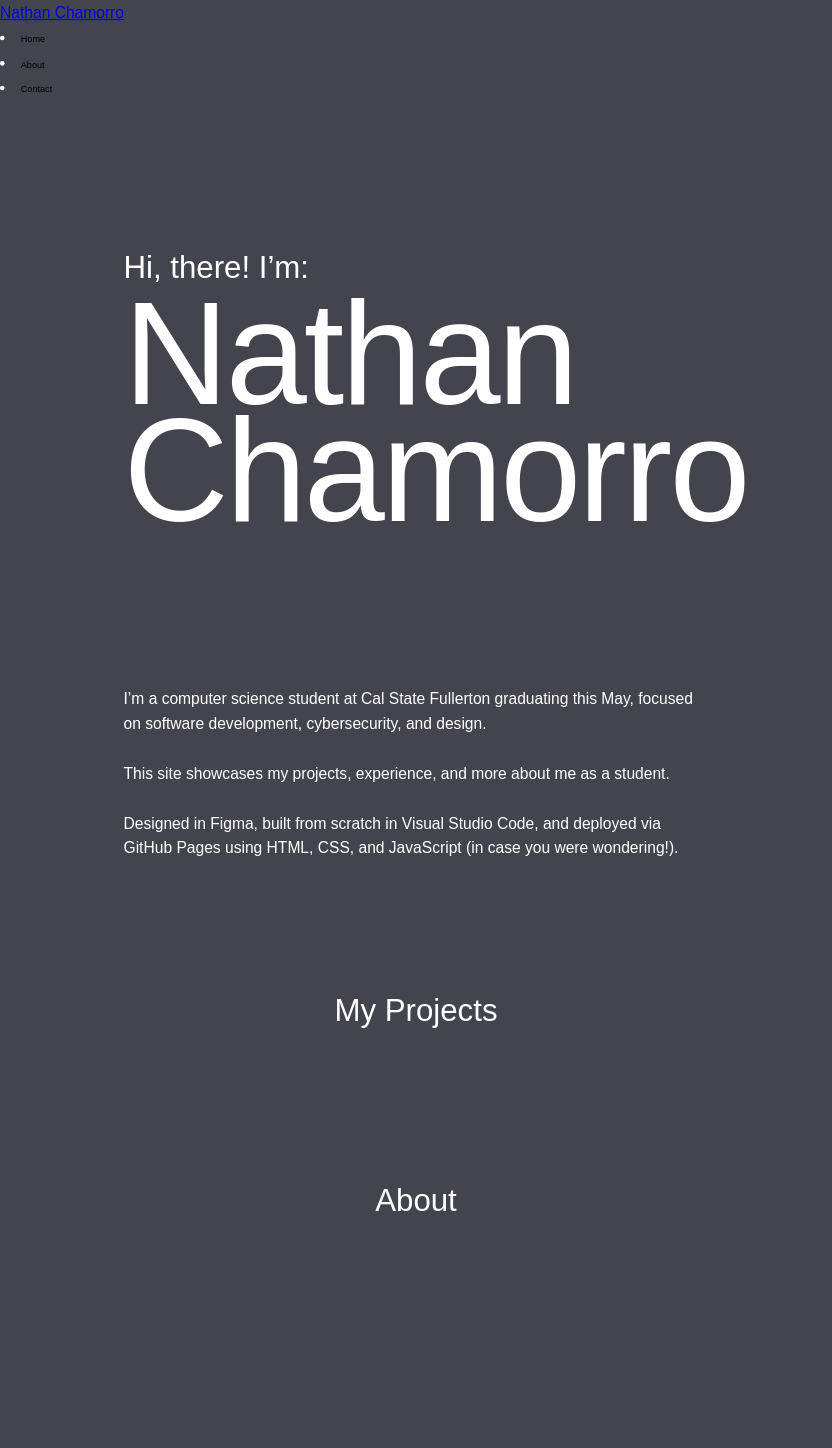
Repository: nathanchamorro1/nathanchamorro1.github.io
Page: index.html
The author's editor kept a copy of each file at every save. The page is drawn from the files as they stood at one save, then again after the next save.
The browser window is 1280 px wide. The pictures show the whole page, at 65% of full size.
Some web fonts or font styles are not loaded; a fallback is used.

Above is the page before, as saved 2026-02-17 16:57:45.

After the next save:
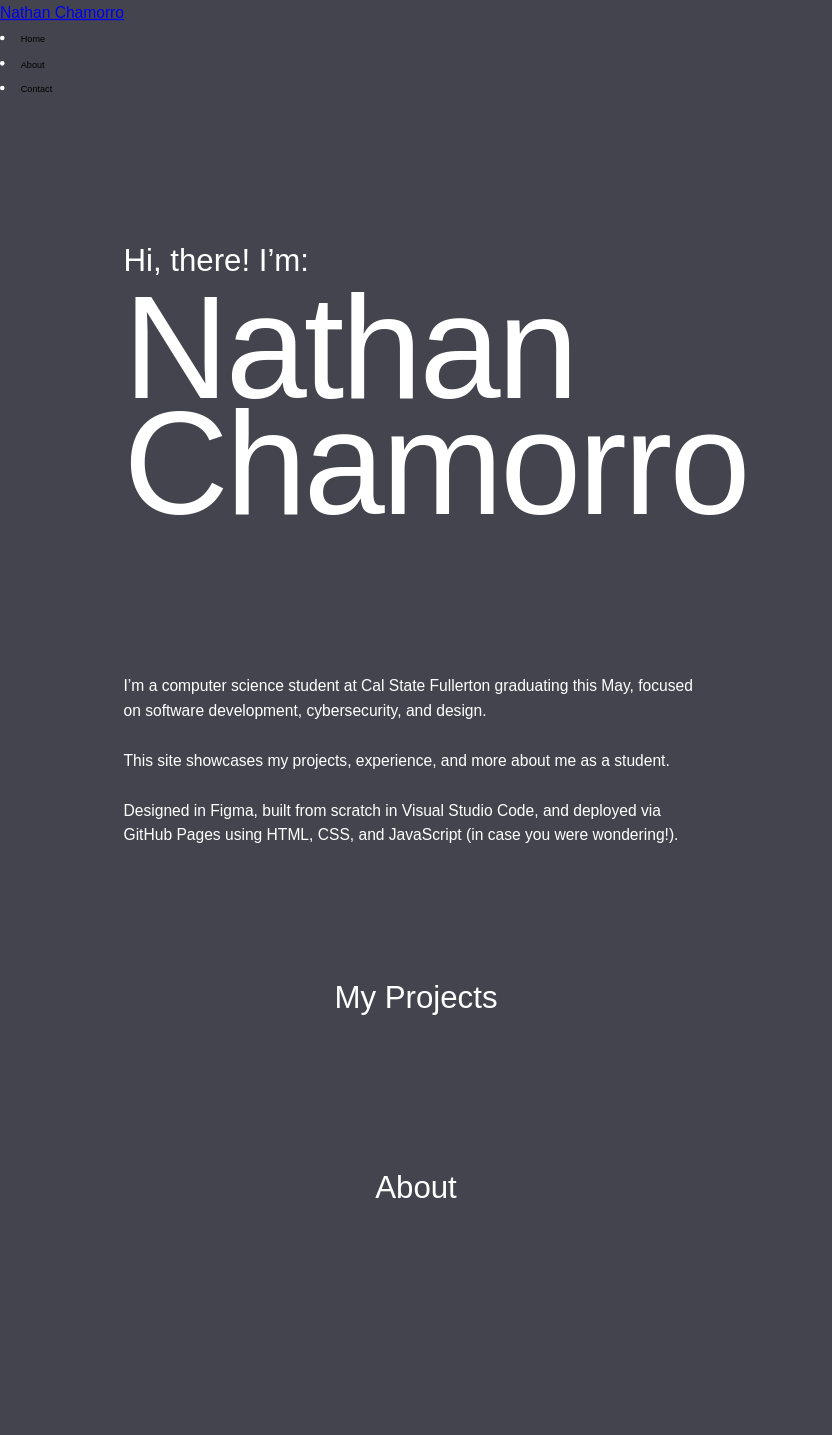
Saved 7 s later.
--- a/css/style.css
+++ b/css/style.css
@@ -21,7 +21,7 @@ body {
 }
 
 .hero {
-    min-height: calc(100vh);
+    min-height: calc(100vh - 20px);
     display: flex;
     align-items: flex-start;
     flex-direction: column;
